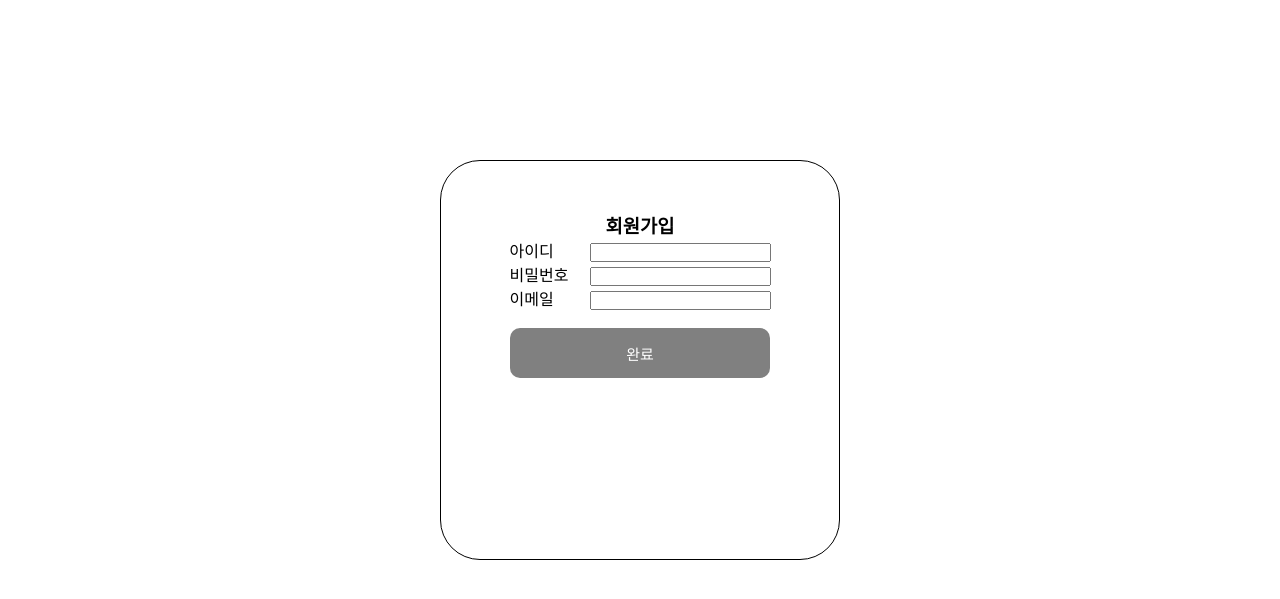
Repository: KGH1125/jsp_project
Page: http://localhost/jsp_project4/member/join.jsp
These files come from the project's save history. The page is drawn as it stood at one moment and after a run of saves; the edit follows.
The browser window is 1280 px wide. The pictures show the whole page.
The page is served by Tomcat 9.

Above is the page before, as saved 2023-05-30 03:13:36.

After the next 2 saves:
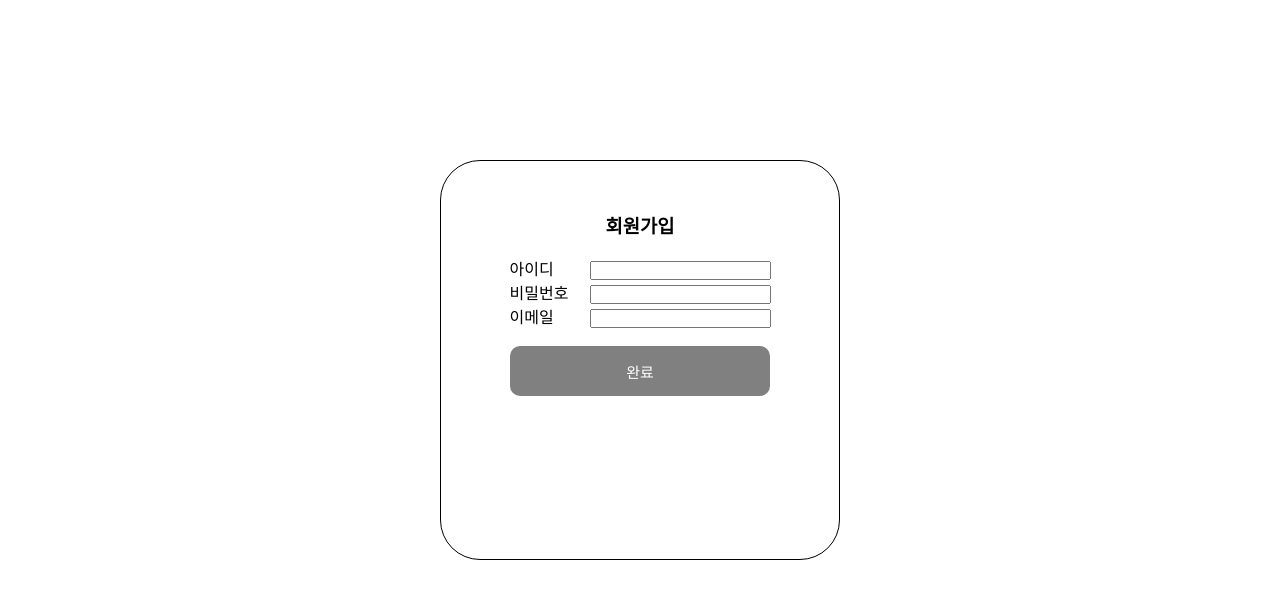
The 2 saves are shown as one change because they came seconds apart.
The last was saved 14 s later.
--- a/jsp_project4/jsp_project4/src/main/webapp/member/join.jsp
+++ b/jsp_project4/jsp_project4/src/main/webapp/member/join.jsp
@@ -46,7 +46,7 @@
 	<div class="mainbox">
 		<form action="/mem/join" method="post">
 			<h3>회원가입</h3>
-			<span class="tspan">아이디</span><input type="text" name="id"><br>
+			<br> <span class="tspan">아이디</span><input type="text" name="id"><br>
 			<span class="tspan">비밀번호</span><input type="password" name="password"><br>
 			<span class="tspan">이메일</span><input type="email" name="eamil"><br>
 			<br>
